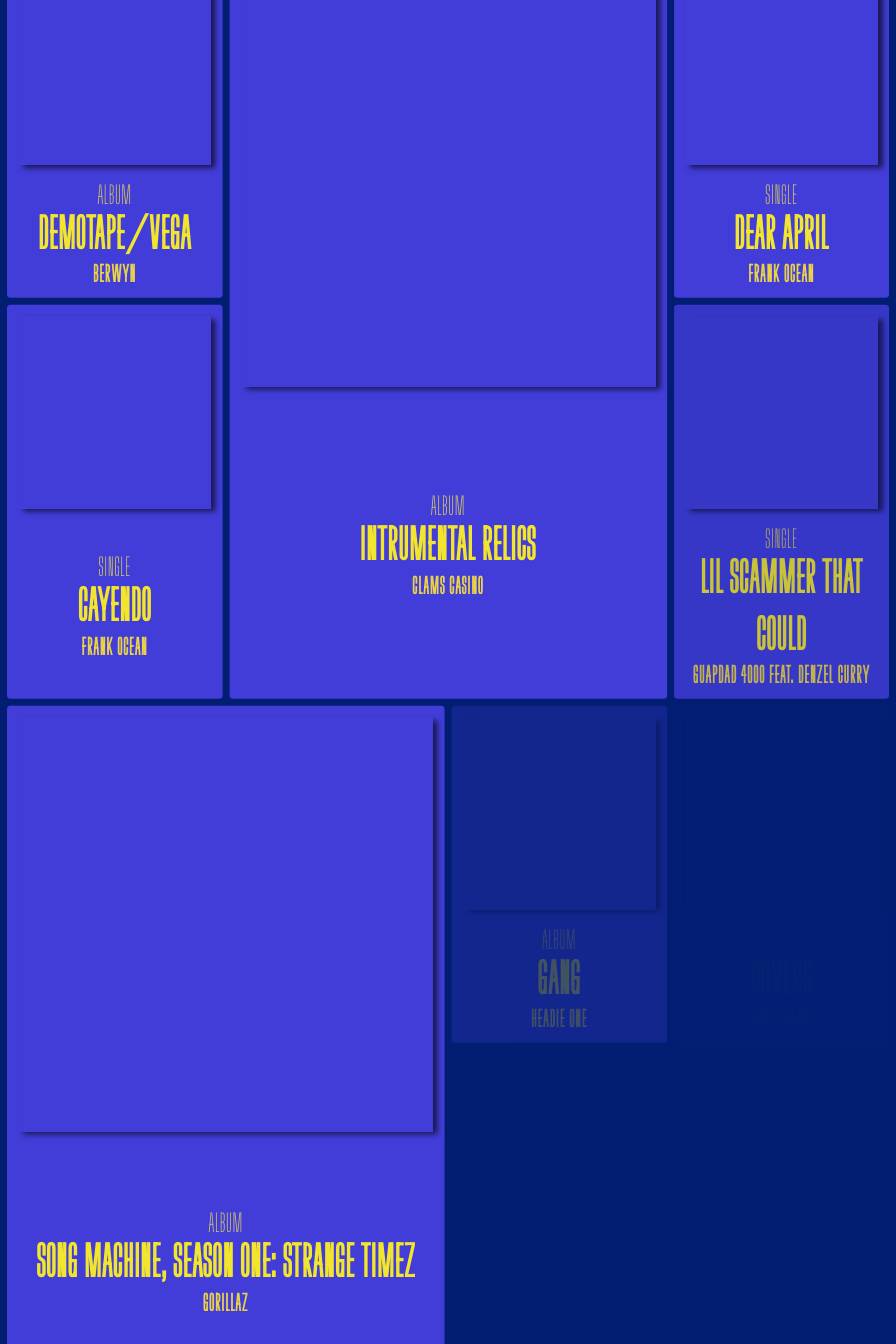
Repository: Spreceriany/musicly2020
Page: /
These files come from the project's save history. The page is drawn as it stood at one moment and after a run of saves; the edit follows.
The browser window is 1280 px wide. The pictures show the part of the page from y = 2896 to 4816 px (the page is 8491 px tall), at 70% of full size.
Backgrounds fixed to the window are drawn as part of the page. Some web libraries are served in a nearby version. The project was rebuilt for these pictures with package versions that can differ from the ones it lists, and the page was loaded fresh each time.

Above is the page before, as saved 2021-01-18 16:21:05.
Console error: ReferenceError: Blazy is not defined

### index.html
<!doctype html>
<html class="no-js" lang="">

<head>
  <meta charset="utf-8">
  <title></title>
  <meta name="description" content="">
  <meta name="viewport" content="width=device-width, initial-scale=1">

  <meta property="og:title" content="">
  <meta property="og:type" content="">
  <meta property="og:url" content="">
  <meta property="og:image" content="">

  <link rel="manifest" href="site.webmanifest">
  <link rel="apple-touch-icon" href="icon.png">
  <!-- Place favicon.ico in the root directory -->

  <link rel="stylesheet" href="css/main.css">

  <meta name="theme-color" content="#fafafa">
</head>

<body>

  <div class="intro-wrapper">
    <div class="intro-bg" id="intro-bg">

    </div>
    <h3 id="title">
      My favourite albums/singles of <span class="year">2020</span>
    </h3>
    <p id="title-desc">
      A collection of music I've been listening to throughout the year
    </p>
  </div>

  <div class="grid-layout">
    <div class="grid-item grid-item-1">
      <div class="image-container  data-tilt data-tilt-glare data-tilt-max-glare="0.8"">

        <a href="https://open.spotify.com/album/6wTyGUWGCilBFZ837k5aRi">
          <img data-src="img/21savage.jpg" src="data:[embedded picture, 78 characters]" class="b-lazy" alt="image">
        </a>
      </div>
      <div class="album-disc">
        <a href="https://open.spotify.com/album/6wTyGUWGCilBFZ837k5aRi">
          <p>Album</p>
          <h2>Savage Mode ||</h2>
          <h3>21 Savage & Metro Boomin</h3>
        </a>
      </div>
    </div>
    <div class="grid-item grid-item-2 ">
      <div class="image-container data-tilt-glare ">
        <a href="https://open.spotify.com/album/4yP0hdKOZPNshxUOjY0cZj">
        <img data-src="img/Weekend-After-Hours-p.jpg" src="data:[embedded picture, 78 characters]" alt="image" class="b-lazy">
      </a>
      </div>
      <div class="album-disc">
        <a href="https://open.spotify.com/album/4yP0hdKOZPNshxUOjY0cZj">
        <p>Album</p>
        <h2>After Hours</h2>
        <h3>The Weeknd</h3>
      </a>
      </div>
    </div>

    <div class="grid-item grid-item-4">
      <div class="image-container">
        <a href="https://open.spotify.com/album/7h4cJfXQZMUCzHdqh25ye6?highlight=spotify:track:5QAUGlyYPPnis3e8ln0qiz">
        <img data-src="img/jpegmafia.jpg" src="data:[embedded picture, 78 characters]" class="b-lazy"  alt="image" >
      </a>
      </div>
      <div class="album-disc">
        <a href="https://open.spotify.com/album/7h4cJfXQZMUCzHdqh25ye6?highlight=spotify:track:5QAUGlyYPPnis3e8ln0qiz">
        <p>Single</p>
        <h2>BALD!</h2>
        <h3>JPEGMAFIA</h3>
        </a>
      </div>
    </div>
    <div class="grid-item span-2 grid-item-5">
      <div class="image-container">
        <a href="https://open.spotify.com/album/3dkB97Zw0sisRWTn0Wokjg?highlight=spotify:track:20wMPnqHdNdBWaKRaMM7fD">
        <img data-src="img/slowthai-feel-away.jpg" src="data:[embedded picture, 78 characters]" class="b-lazy" alt="image" >
      </a>
      </div>
      <div class="album-disc">
        <a href="https://open.spotify.com/album/3dkB97Zw0sisRWTn0Wokjg?highlight=spotify:track:20wMPnqHdNdBWaKRaMM7fD">
        <p>Single</p>
        <h2>Feel Away</h2>
        <h3>Slowthai feat. James Blake</h3>
      </a>
      </div>
    </div>
    <div class="grid-item grid-item-6">
      <div class="image-container">
        <a href="https://open.spotify.com/album/121Hqnfr9tMBdL0LJuIstL">
        <img data-src="img/dawson.jpg" src="data:[embedded picture, 78 characters]" class="b-lazy"  alt="image" >
      </a>
      </div>
      <div class="album-disc">
        <a href="https://open.spotify.com/album/121Hqnfr9tMBdL0LJuIstL">
        <p>Album</p>
        <h2>Pixel Bath</h2>
        <h3>Jean Daawson</h3>
      </a>
      </div>
    </div>
    <div class="grid-item span-2 grid-item-7">
      <div class="image-container">
        <a href="https://open.spotify.com/album/5LsyqeWryTmxsmda4xkm5a">
        <img data-src="img/denzel.jpg" src="data:[embedded picture, 78 characters]" class="b-lazy"  alt="image" >
      </a>
      </div>
      <div class="album-disc">
        <a href="https://open.spotify.com/album/5LsyqeWryTmxsmda4xkm5a">
        <p>Album</p>
        <h2>UNLOCKED</h2>
        <h3>Denzel Curry</h3>
      </a>
      </div>
    </div>
    <div class="grid-item span-2 grid-item-8">
      <div class="image-container">
        <a href="https://open.spotify.com/album/1YZ3k65Mqw3G8FzYlW1mmp">
        <img data-src="img/circles.jpeg" src="data:[embedded picture, 78 characters]" class="b-lazy" alt="image" >
      </a>
      </div>
      <div class="album-disc">
        <a href="https://open.spotify.com/album/1YZ3k65Mqw3G8FzYlW1mmp">
        <p>Album</p>
        <h2>Circles</h2>
        <h3>Mac Miller</h3>
      </a>
      </div>
    </div>
    <div class="grid-item span-2 grid-item-9">

      <div class="image-container">
        <a href="https://open.spotify.com/album/31qVWUdRrlb8thMvts0yYL">
        <img data-src="img/tame_impala.jpg" src="data:[embedded picture, 78 characters]" class="b-lazy" alt="image" >
      </a>
      </div>
      <div class="album-disc">
        <a href="https://open.spotify.com/album/31qVWUdRrlb8thMvts0yYL">
        <p>Album</p>
        <h2>Slow Rush</h2>
        <h3>Tame Impala</h3>
      </a>
      </div>
    </div>
    <div class="grid-item grid-item-10">

      <div class="image-container">
        <a href="https://open.spotify.com/album/3SucuvOplRzjCm602c5XuK">
         <img data-src="img/berwyn.jpg"  src="data:[embedded picture, 78 characters]" class="b-lazy" alt="image" >
        </a>
      </div>
      <div class="album-disc">
        <a href="https://open.spotify.com/album/3SucuvOplRzjCm602c5XuK">
        <p>Album</p>
        <h2>Demotape/Vega</h2>
        <h3>Berwyn</h3>
      </a>
      </div>

    </div>
    <div class="grid-item grid-item-11 span-2">
      <div class="image-container">
        <a href="https://open.spotify.com/album/66eXLlqksAwNndmHaHWtCq">
        <img data-src="img/clams_casino.jpg" src="data:[embedded picture, 78 characters]"  class="b-lazy" alt="image" >
      </a>
      </div>
      <div class="album-disc">
        <a href="https://open.spotify.com/album/66eXLlqksAwNndmHaHWtCq">
        <p>Album</p>
        <h2>Intrumental Relics</h2>
        <h3>Clams Casino</h3>
      </a>
      </div>
    </div>
    <div class="grid-item span-2 grid-item-12">
      <div class="image-container">
        <a href="https://open.spotify.com/album/5I9K0u8r52jp4Y2bF8mOaz">
        <img data-src="img/gorillaz.jpg"  src="data:[embedded picture, 78 characters]" class="b-lazy" alt="image" >
      </a>
      </div>
      <div class="album-disc">
        <a href="https://open.spotify.com/album/5I9K0u8r52jp4Y2bF8mOaz">
        <p>Album</p>
        <h2>Song Machine, Season One: Strange Timez</h2>
        <h3>Gorillaz</h3>
      </a>
      </div>
    </div>
    <div class="grid-item  grid-item-13">
      <div class="image-container">
        <a href="https://open.spotify.com/album/4XPUXLAWXqM3uWMTucItjd?highlight=spotify:track:62ljuuXo0zrcrtJnnOhfxT">
        <img data-src="img/dearapril.jpg" src="data:[embedded picture, 78 characters]"  class="b-lazy" alt="image" >
      </a>
      </div>
      <div class="album-disc">
        <a href="https://open.spotify.com/album/4XPUXLAWXqM3uWMTucItjd?highlight=spotify:track:62ljuuXo0zrcrtJnnOhfxT">
        <p>Single</p>
        <h2>Dear April</h2>
        <h3>Frank Ocean</h3>
      </a>
      </div>
    </div>
    <div class="grid-item grid-item-14">
      <div class="image-container">
        <a href="https://open.spotify.com/album/0FAWfXvd58Rm2VUSZMF8pr">
        <img data-src="img/frank_cayendo.jpg" src="data:[embedded picture, 78 characters]"  class="b-lazy"  alt="image" >
      </a>
      </div>
      <div class="album-disc">
        <a href="https://open.spotify.com/album/0FAWfXvd58Rm2VUSZMF8pr">
        <p>Single</p>
        <h2>Cayendo</h2>
        <h3>Frank Ocean</h3>
      </a>
      </div>
    </div>
    <div class="grid-item grid-item-15">
      <div class="image-container">
        <a href="https://open.spotify.com/album/7ks5r98qyspJvfoJtXgdj4?highlight=spotify:track:2nSKol7UyxwffI6jLYTuUd">
        <img data-src="img/guapdad.png"  src="data:[embedded picture, 78 characters]" class="b-lazy" alt="image" >
      </a>
      </div>
      <div class="album-disc">
        <a href="https://open.spotify.com/album/7ks5r98qyspJvfoJtXgdj4?highlight=spotify:track:2nSKol7UyxwffI6jLYTuUd">
        <p>Single</p>
        <h2>Lil Scammer That Could</h2>
        <h3>Guapdad 4000 feat. Denzel Curry</h3>
      </a>
      </div>
    </div>
    <div class="grid-item grid-item-16">
      <div class="image-container">
        <a href="https://open.spotify.com/album/5971dUyMLcsZa7IBioI7lP?highlight=spotify:track:1iUWofqtdh9FLzZooLBDw2">
        <img data-src="img/headie.jpg" src="data:[embedded picture, 78 characters]"  class="b-lazy" alt="image" >
      </a>
      </div>
      <div class="album-disc">
        <a href="https://open.spotify.com/album/5971dUyMLcsZa7IBioI7lP?highlight=spotify:track:1iUWofqtdh9FLzZooLBDw2">
        <p>Album</p>
        <h2>GANG</h2>
        <h3>Headie One</h3>
      </a>
      </div>
    </div>
    <div class="grid-item span-3 grid-item-17">
      <div class="image-container">
        <a href="https://open.spotify.com/album/7saSlN9qdW5wKoN4M9nNRq">
        <img data-src="img/james-blake.jpg"  src="data:[embedded picture, 78 characters]" class="b-lazy" alt="image" >
      </a>
      </div>
      <div class="album-disc">
        <a href="https://open.spotify.com/album/7saSlN9qdW5wKoN4M9nNRq">
        <p>Ep</p>
        <h2>Covers</h2>
        <h3>James Blake</h3>
      </a>
      </div>
    </div>
    <div class="grid-item grid-item-18">
      <div class="image-container">
        <a href="https://open.spotify.com/album/5o5xRlwkhpipPC0jGi2Sm2">
        <img data-src="img/jme.jpg" src="data:[embedded picture, 78 characters]"  class="b-lazy" alt="image" >
      </a>
      </div>
      <div class="album-disc">
        <a href="https://open.spotify.com/album/5o5xRlwkhpipPC0jGi2Sm2">
        <p>Album</p>
        <h2>Grime MC</h2>
        <h3>JME</h3>
      </a>
      </div>
    </div>
    <div class="grid-item grid-item-19">
      <div class="image-container">
        <a href="">
        <img data-src="img/lute.jpg"  src="data:[embedded picture, 78 characters]" class="b-lazy" alt="image" >
      </a>
      </div>
      <div class="album-disc">
        <a href="">
        <p>Single</p>
        <h2>Life</h2>
        <h3>Lute</h3>
      </a>
      </div>
    </div>

    <div class="grid-item  grid-item-21">
      <div class="image-container">
        <a href="https://open.spotify.com/album/4SnWrk06dIt4ynFRLpNX6e">
        <img data-src="img/mick.png"  src="data:[embedded picture, 78 characters]" class="b-lazy" alt="image" >
      </a>
      </div>
      <div class="album-disc">
        <a href="https://open.spotify.com/album/4SnWrk06dIt4ynFRLpNX6e">
        <p>Album</p>
        <h2>The Circus</h2>
        <h3>Mick Jenkins</h3>
      </a>
      </div>

    </div>
    <div class="grid-item span-2 grid-item-20">
      <div class="image-container">
        <a href="https://open.spotify.com/album/6a8GwYiEMrXgMvZBvuBXrt">
        <img data-src="img/limbo_amine.jpg"  src="data:[embedded picture, 78 characters]"  class="b-lazy" alt="image" >
      </a>
      </div>
      <div class="album-disc">
        <a href="https://open.spotify.com/album/6a8GwYiEMrXgMvZBvuBXrt">
        <p>Album</p>
        <h2>Limbo</h2>
        <h3>Amine</h3>
      </a>
      </div>
    </div>
    <div class="grid-item span-2 grid-item-22">
      <div class="image-container">
        <a href="https://open.spotify.com/album/35CHoLB0GEwYlOomriifC6">
        <img data-src="img/moses.jpg"  src="data:[embedded picture, 78 characters]" class="b-lazy" alt="image" >
      </a>
      </div>
      <div class="album-disc">
        <a href="https://open.spotify.com/album/35CHoLB0GEwYlOomriifC6">
        <p>Album</p>
        <h2>grae</h2>
        <h3>Moses Sumney</h3>
      </a>
      </div>
    </div>
    <div class="grid-item grid-item-23">
      <div class="image-container">
        <a href="">
        <img data-src="img/mustafa.png"  src="data:[embedded picture, 78 characters]" class="b-lazy" alt="image" >
      </a>
      </div>
      <div class="album-disc">
        <a href="">
        <p>Single</p>
        <h2>Air Forces</h2>
        <h3>Mustafa</h3>
      </a>
      </div>
    </div>
    <div class="grid-item grid-item-24">
      <div class="image-container">
        <a href="">
        <img data-src="img/platinum falcon.jpg" src="data:[embedded picture, 78 characters]"  class="b-lazy" alt="image" >
      </a>
      </div>
      <div class="album-disc">
        <a href="">
        <p>Album</p>
        <h2>Platinum Falcon</h2>
        <h3>Guapdad 4000</h3>
      </a>
      </div>
    </div>
    <div class="grid-item span-2 grid-item-25">
      <div class="image-container">
        <a href="">
        <img data-src="img/motm3.jpg"  src="data:[embedded picture, 78 characters]" class="b-lazy" alt="image" >
      </a>
      </div>
      <div class="album-disc">
        <a href="">
        <p>Album</p>
        <h2>Man on the Moon 3</h2>
        <h3>Kid Cudi</h3>
      </a>
      </div>
    </div>
    <div class="grid-item  grid-item-26">
      <div class="image-container">
        <a href="">
        <img data-src="img/yung_lean.png"  src="data:[embedded picture, 78 characters]" class="b-lazy"   alt="image" >
      </a>
      </div>
      <div class="album-disc">
        <a href="">
        <p>Album</p>
        <h2>Starz</h2>
        <h3>Yung Lean</h3>
      </a>
      </div>
    </div>
    <div class="grid-item  grid-item-26">
      <div class="image-container">
        <a href="">
        <img data-src="img/tobi.jpg"  src="data:[embedded picture, 78 characters]" class="b-lazy"  alt="image" >
      </a>
      </div>
      <div class="album-disc">
        <a href="">
        <p>EP</p>
        <h2>LINGO STARR</h2>
        <h3>tobi lou</h3>
      </a>
      </div>
    </div>
    <div class="grid-item  grid-item-26">
      <div class="image-container">
        <a href="">
        <img data-src="img/whiterose.jpg"  src="data:[embedded picture, 78 characters]" class="b-lazy"  alt="image" >
      </a>
      </div>
      <div class="album-disc">
        <a href="">
        <p>Album</p>
        <h2>white ceiling</h2>
        <h3>whiterosemoxie</h3>
      </a>
      </div>
    </div>
    <div class="grid-item span-2 grid-item-26">
      <div class="image-container">
        <a href="">
        <img data-src="img/spiligion.png"  src="data:[embedded picture, 78 characters]" class="b-lazy" alt="image" >
      </a>
      </div>
      <div class="album-disc">
        <a href="">
        <p>Album</p>
        <h2>Spligion</h2>
        <h3>Spillage Village</h3>
      </a>
      </div>
    </div>
    <div class="grid-item  grid-item-26">
      <div class="image-container">
        <a href="">
        <img data-src="img/kota.jpg"  src="data:[embedded picture, 78 characters]" class="b-lazy" alt="image" >
      </a>
      </div>
      <div class="album-disc">
        <a href="">
        <p>Album</p>
        <h2>EVERYTHING</h2>
        <h3>Kota the Friend</h3>
      </a>
      </div>
    </div>
    <div class="grid-item  grid-item-26">
      <div class="image-container">
        <a href="">
        <img data-src="img/rapper-weed.jpg"  src="data:[embedded picture, 78 characters]" class="b-lazy" alt="image" >
      </a>
      </div>
      <div class="album-disc">
        <a href="">
        <p>Single</p>
        <h2>Rapper Weed</h2>
        <h3>SiR</h3>
      </a>
      </div>
    </div>
    <div class="grid-item span-2 grid-item-27">
      <div class="image-container">
        <a href="">
        <img data-src="img/strokes.jpg"  src="data:[embedded picture, 78 characters]" class="b-lazy"  alt="image" >
      </a>
      </div>
      <div class="album-disc">
        <a href="">
        <p>Album</p>
        <h2>The New Abnormal</h2>
        <h3>The Strokes</h3>
      </a>
      </div>
    </div>



  </div>




  <script src="js/vendor/modernizr-3.11.2.min.js"></script>
  <script src="js/plugins.js"></script>
  <script async src="js/main.js"></script>
  <script src="js/blazy.js"></script>
  <script src="https://cdnjs.cloudflare.com/ajax/libs/gsap/3.6.0/gsap.min.js"></script>
  <script src="https://cdnjs.cloudflare.com/ajax/libs/gsap/3.6.0/ScrollTrigger.min.js"></script>
  <script src="js/vanilla-tilt.min.js"></script>
  <!-- Google Analytics: change UA-XXXXX-Y to be your site's ID. -->
  <script>
    var blazy = new Blazy({
      offset:100
    });
  </script>

  <script type="text/javascript">
    if (window.innerWidth > 996) {
      VanillaTilt.init(document.querySelectorAll(".image-container"), {
      max: 10,
      speed: 700,
      glare:true,
      gyroscope:false,


      "max-glare":.6,
    });

    //It also supports NodeList
    VanillaTilt.init(document.querySelectorAll(".image-container"));
      }

  </script>



  <script src="https://www.google-analytics.com/analytics.js" async></script>
</body>

</html>

### css/main.css
@font-face {
  font-family: "Gt Flexa";
  src: url("../css/GT Flexa Regular.ttf");
}

* {
  -webkit-box-sizing: border-box;
          box-sizing: border-box;
  padding: 0;
  margin: 0;
}

body {
  font-family: "GT Flexa", "Segoe UI", Tahoma, Geneva, Verdana, sans-serif;
  -webkit-font-smoothing: antialiased;
  -moz-osx-font-smoothing: grayscale;
  font-display: swap;
}

.grid-layout {
  display: -ms-grid;
  display: grid;
  -ms-grid-columns: (minmax(300px, 1fr))[auto-fill];
      grid-template-columns: repeat(auto-fill, minmax(300px, 1fr));
  grid-gap: 10px;
  grid-auto-rows: minmax(300px, auto);
  grid-auto-flow: dense;
  padding: 10px;
  background-color: #021e73;
}

.grid-item {
  display: -ms-grid;
  display: grid;
  padding: 1rem;
  opacity: 0;
  font-size: 40px;
  -webkit-box-align: stretch;
      -ms-flex-align: stretch;
          align-items: stretch;
  justify-items: center;
  background-color: #423dd9;
  height: 100%;
  -webkit-transform: translateY(30px);
          transform: translateY(30px);
  color: #929796;
  border-radius: 5px;
}

.grid-item h2 {
  color: #f2e52e;
  text-transform: uppercase;
  letter-spacing: 2px;
  margin-top: -12px;
  font-size: 4.2rem;
}

.grid-item h3 {
  color: #e9d249;
  text-transform: uppercase;
  letter-spacing: 2px;
  font-size: 2.2rem;
  font-weight: 700;
}

.grid-item p {
  text-transform: uppercase;
  letter-spacing: 1px;
  color: #cabc69;
}

.grid-item:hover .image-container img {
  -webkit-transform: scale(1.02);
          transform: scale(1.02);
  -webkit-box-shadow: 5px 3px 30px 9px #000000;
  box-shadow: 0px 14px 43px 6px #000000;
}

.grid-item:hover .album-disc {
  -webkit-transform: scale(0.9);
          transform: scale(0.9);
  opacity: 0.8;
}

.span-2 {
  -ms-grid-column-span: 2;
      grid-column-end: span 2;
  -ms-grid-row-span: 2;
      grid-row-end: span 2;
}

@media (max-width: 646px) {
  .grid-layout {
    -ms-grid-columns: 1fr;
        grid-template-columns: 1fr;
  }
  .span-2 {
    grid-column-end: auto;
    grid-row-end: auto;
  }
}

img {
  width: 100%;
  height: auto;
}

.image-container {
  width: 100%;
  display: table;
}

.image-container a {
  display: -webkit-box;
  display: -ms-flexbox;
  display: flex;
}

.image-container img {
  -o-object-fit: cover;
     object-fit: cover;
  -webkit-box-shadow: 7px 4px 8px 0px rgba(0, 0, 0, 0.63);
  box-shadow: 7px 4px 8px 0px rgba(0, 0, 0, 0.63);
  -webkit-transition: -webkit-transform 0.7s ease, -webkit-box-shadow 0.7s ease;
  transition: -webkit-transform 0.7s ease, -webkit-box-shadow 0.7s ease;
  transition: transform 0.7s ease, box-shadow 0.7s ease;
  transition: transform 0.7s ease, box-shadow 0.7s ease, -webkit-transform 0.7s ease, -webkit-box-shadow 0.7s ease;
}

.album-disc {
  width: 100%;
  position: relative;
  display: -webkit-box;
  display: -ms-flexbox;
  display: flex;
  -webkit-box-orient: vertical;
  -webkit-box-direction: normal;
      -ms-flex-direction: column;
          flex-direction: column;
  -webkit-box-align: center;
      -ms-flex-align: center;
          align-items: center;
  -webkit-transition: opacity 0.7s ease, -webkit-transform 0.7s ease;
  transition: opacity 0.7s ease, -webkit-transform 0.7s ease;
  transition: opacity 0.7s ease, transform 0.7s ease;
  transition: opacity 0.7s ease, transform 0.7s ease, -webkit-transform 0.7s ease;
  margin-top: 15px;
}

.album-disc a {
  -ms-flex-item-align: center;
      -ms-grid-row-align: center;
      align-self: center;
  text-decoration: none;
  text-align: center;
  position: relative;
}

.intro-wrapper {
  width: 100%;
  min-height: 100vh;
  background-color: #021e73;
  display: -ms-grid;
  display: grid;
  z-index: 10;
  padding: 40px;
  background-position: 60% center;
  place-content: center;
  position: relative;
}

@media only screen and (max-width: 996px) {
  .intro-wrapper .intro-wrapper {
    background-position: left;
  }
}

.intro-wrapper h3 {
  opacity: 0;
  font-weight: 700;
  text-transform: uppercase;
  color: #f2e52e;
  letter-spacing: 3px;
  font-size: max(11vw, 5rem);
}

@media (max-width: 556px) {
  .intro-wrapper h3,
  .intro-wrapper p {
    line-height: 94%;
  }
}

.intro-wrapper p {
  font-size: max(5vw, 3rem);
  color: #e9d249;
  letter-spacing: 2px;
  line-height: 45px;
  opacity: 0;
}

.intro-wrapper .intro-bg {
  position: absolute;
  width: 100%;
  height: 100%;
  background-image: url("../img/sluchatka5.png");
  background-size: cover;
  background-repeat: no-repeat;
  background-position: center;
  background-attachment: fixed;
  z-index: -1;
  opacity: 0;
}

@media only screen and (max-width: 996px) {
  .intro-wrapper .intro-bg {
    background-position: left;
  }
}

.year {
  color: #021e73;
  text-shadow: 1px 0 0 #f2e52e, 0 1px 0 #f2e52e, -1px 0 0 #f2e52e, 0 -1px 0 #f2e52e;
}
/*# sourceMappingURL=main.css.map */

### js/main.js
const timeline = gsap.timeline({ defaults: { duration: 1 } });
gsap.registerPlugin(ScrollTrigger);

ScrollTrigger.batch(".grid-item", {
  start: "top 50%",
  end:"top 0%",

  onEnter: (batch) =>
    gsap.to(batch,
        { opacity: 1,
          stagger: 0.2,
          y:0
        }),
   onLeaveBack: (batch) => gsap.to(batch, { opacity: 0, stagger: 0.2 }),
});

timeline
  .to("#intro-bg", { scale: 1, opacity: 1, duration: 1.5 })
  .to("#title", { opacity: 1 })
  .to("#title-desc", { opacity: 1 });

Loaded but not shown: js/vendor/modernizr-3.11.2.min.js (library); js/vanilla-tilt.min.js (library); js/blazy.js (370 lines, source omitted); js/plugins.js (24 lines, source omitted)

After the next 2 saves:
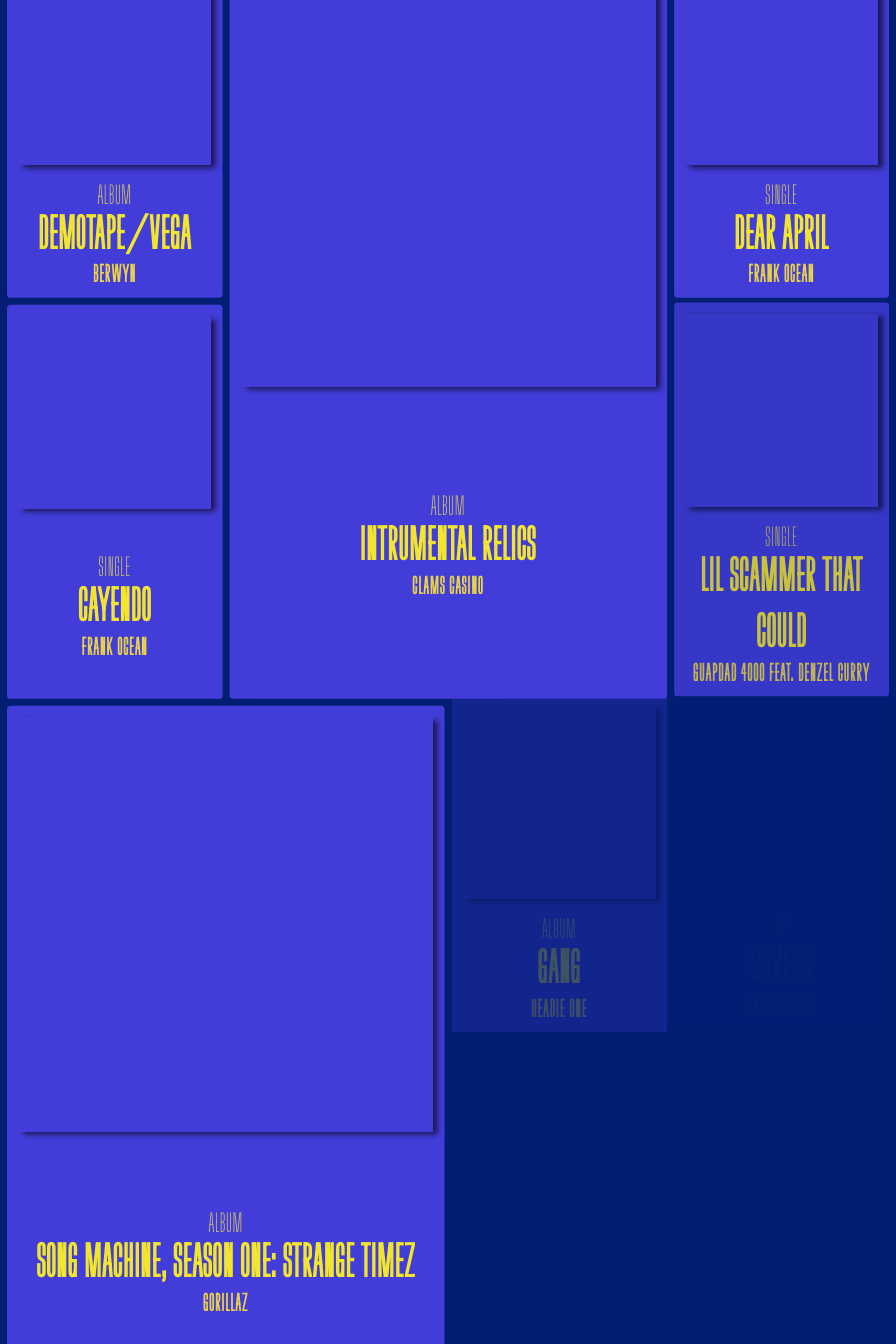
The 2 saves are shown as one change because 1 did not build or start.
The last was saved 21 s later.
--- a/js/main.js
+++ b/js/main.js
@@ -11,7 +11,7 @@
           stagger: 0.2,
           y:0
         }),
-   onLeaveBack: (batch) => gsap.to(batch, { opacity: 0, stagger: 0.2 }),
+   onLeaveBack: (batch) => gsap.to(batch, { opacity: 0, stagger: 0.2,y:-20 }),
 });
 
 timeline
